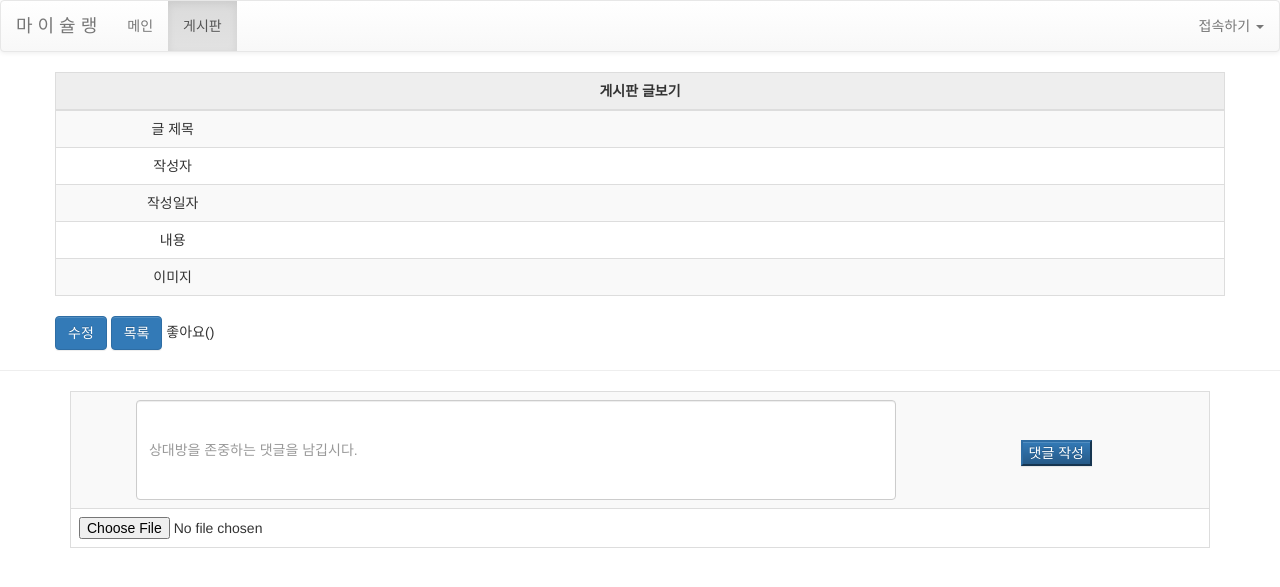
Repository: serendipity63/mychelin
Page: http://localhost/board/WEB-INF/views/detailform.jsp
The author's editor kept a copy of each file at every save. The page is drawn from the files as they stood at one save, then again after the next save.
The browser window is 1280 px wide. The pictures show the whole page.
Some web libraries are served in a nearby version. The page is served by Tomcat 9. Nobody is signed in. Other server files are loaded and not shown. The template is opened directly, without the code that normally fills it, so the values that code supplies are empty.

Above is the page before, as saved 2024-01-11 13:37:22.
Console error (its wording comes from the project's code and is left out).

### board/src/main/webapp/WEB-INF/views/detailform.jsp
<%@ page language="java" contentType="text/html; charset=UTF-8"
	pageEncoding="UTF-8"%>
<%@ taglib prefix="c" uri="http://java.sun.com/jsp/jstl/core"%>
<c:set var="contextPath" value="${pageContext.request.contextPath }" />
<!DOCTYPE html>
<html>
<head>
<meta charset="UTF-8">
<meta http-equiv="Content-Type" content="text/html; charset=UTF-8">
<meta name="viewport" content="width=device-width" , initial-scale="1">
<link rel="stylesheet" type="text/css" href="https://maxcdn.bootstrapcdn.com/bootstrap/3.3.7/css/bootstrap.min.css">
<link rel="stylesheet" type="text/css" href="https://maxcdn.bootstrapcdn.com/bootstrap/3.3.7/css/bootstrap-theme.min.css">
<script src="https://maxcdn.bootstrapcdn.com/bootstrap/3.3.7/js/bootstrap.min.js"></script>
<link rel="stylesheet" type="text/css"
	href="${contextPath}/resources/static/css/bootstrap.css">
<script src="https://code.jquery.com/jquery-3.1.1.min.js"></script>
<script src="${contextPath}/resources/static/js/bootstrap.js"></script>
<title>JSP 게시판 사이트</title>

<script type="text/javascript">
	$(function() {
		$('#heart')
				.click(
						function() {
							$
									.ajax({
										url : '${contextPath}/like',
										type : 'post',
										data : {
											'num' : '<c:out value= "${board.num}"/>'
										},
										success : function(res) {
											console.log(res);
											if (res === "true") {
												$("#heart")
														.attr("src",
																"${contextPath}/resources/img/like.png")
												$("#likecount")
														.text(
																+$("#likecount")
																		.text() + 1);
											} else {
												$("#heart")
														.attr("src",
																"${contextPath}/resources/img/unlike.png")
												$("#likecount")
														.text(
																+$("#likecount")
																		.text() - 1);
											}
										},
										error : function(err) {
											console.log(err);
										}
									})
						})
	})
</script>
</head>
<body>
	<nav class="navbar navbar-default">
		<div class="navbar-header">
			<button type="button" class="navbar-toggle collapsed"
				data-toggle="collapse" data-target="#bs-example-navbar-collapse-1"
				aria-expanded="false">
				<span class="icon-bar"></span> <span class="icon-bar"></span> <span
					class="icon-bar"></span>
			</button>
			<a class="navbar-brand" href="${contextPath}/main">마 이 슐 랭</a>
		</div>
		<div class="collapse navbar-collapse"
			id="bs-example-navbar-collapse-1">
			<ul class="nav navbar-nav">
				<li><a href="${contextPath}/main">메인</a></li>
<li class="active"><a href="${contextPath}/boardlist">게시판</a></li>
			</ul>
			<c:choose>

				<c:when test="${user eq Empty}">


					<ul class="nav navbar-nav navbar-right">
						<li class="dropdown"><a href="#" class="dropdown-toggle"
							data-toggle="dropdown" role="button" aria-haspopup="true"
							aria-expanded="false">접속하기 <span class="caret"></span>
						</a>
							<ul class="dropdown-menu">
								<li><a href="login">로그인</a></li>
								<li><a href="join">회원가입</a></li>
							</ul></li>
					</ul>

				</c:when>
				<c:otherwise>
					<ul class="nav navbar-nav navbar-right">
						<li class="dropdown"><a href="#" class="dropdown-toggle"
							data-toggle="dropdown" role="button" aria-haspopup="true"
							aria-expanded="false">회원관리 <span class="caret"></span>
						</a>
							<ul class="dropdown-menu">
								<li><a href="logout">로그아웃</a></li>
							</ul></li>
					</ul>
				</c:otherwise>
			</c:choose>
		</div>
	</nav>
	<div class="container" id="./writeForm">
		<div class="row">
			<input type="hidden" name="writer" value="${user.id }" />
			<table class="table table-striped"
				style="text-align: center; border: 1px solid #dddddd">
				<thead>
					<tr>
						<th colspan="3"
							style="background-color: #eeeeee; text-align: center">게시판
							글보기</th>
					</tr>
				</thead>
				<tbody>

					<tr>

						<td style="width: 20%;">글 제목</td>
						<td colspan="2" style="text-align: left;">${board.subject }</td>
					</tr>
					<tr>

						<td>작성자</td>
						<td colspan="2" style="text-align: left;">${board.writer }</td>
					</tr>
					<tr>

						<td>작성일자</td>
						<td colspan="2" style="text-align: left;">${board.writedate }</td>
					</tr>
					<tr>
						<td>내용</td>
						<td colspan="2" style="min-height: 200px; text-align: left;">${board.content }
						</td>
					</tr>
					<tr>
						<td>이미지</td>
						<td colspan="2" style="min-height: 200px; text-align: left;"><c:choose>
								<c:when test="${board.fileurl ne null}">
									<img src="${contextPath }/image/${board.fileurl}" width="100px"
										height="100px" />
								</c:when>

							</c:choose></td>

					</tr>
				</tbody>
			</table>
			<c:if test="${user.id eq board.writer }">
				<a href="${contextPath }/boardmodify/${board.num}/${page}"
					class="btn btn-primary">수정</a>
			</c:if>
			<a href="${contextPath }/boardlist?page=${page}"
				class="btn btn-primary">목록</a> 좋아요(<span id="likecount">${board.likecount }</span>)&nbsp;&nbsp;
			<c:if test="${user ne Empty }">
				<c:choose>
					<c:when test="${select==true }">
 						<img id="heart" src="${contextPath }/resources/img/like.png"
							width="20px" height="20px" />


					</c:when>
					<c:otherwise>
						<img id="heart" src="${contextPath }/resources/img/unlike.png"
							width="20px" height="20px" />
					</c:otherwise>
				</c:choose>
			</c:if>

		</div>

	</div>
<!-- 댓글 시작 -->
<hr/>

<div class="container">
	<div class="form-group">
		<form method="post" enctype = "multipart/form-data"
		<%-- action="commentAction.jsp?bbsID=<%= bbsID %>&boardID=<%=boardID%>"
		 --%>
		 action="${contextPath }/comment" name="commentform">
			<table class="table table-striped" style="text-align: center; border: 1px solid #dddddd">
				<tr>
					<td style="border-bottom:none;" valign="middle"><br><br>${user.id}</td>
					<td><input type="text" style="height:100px;" class="form-control" placeholder="상대방을 존중하는 댓글을 남깁시다." name = "commentText"></td>
					<td><br><br><input type="submit" class="btn-primary pull" value="댓글 작성"></td>
				</tr>
				<tr>
					<td colspan="3"><input type="file" name="fileName"></td>
				</tr>
			</table>
		</form>
	</div>
</div>

</body>
</html>

Loaded but not shown: board/src/main/webapp/resources/static/css/bootstrap.css (library); board/src/main/webapp/resources/static/js/bootstrap.js (library)

After the next save:
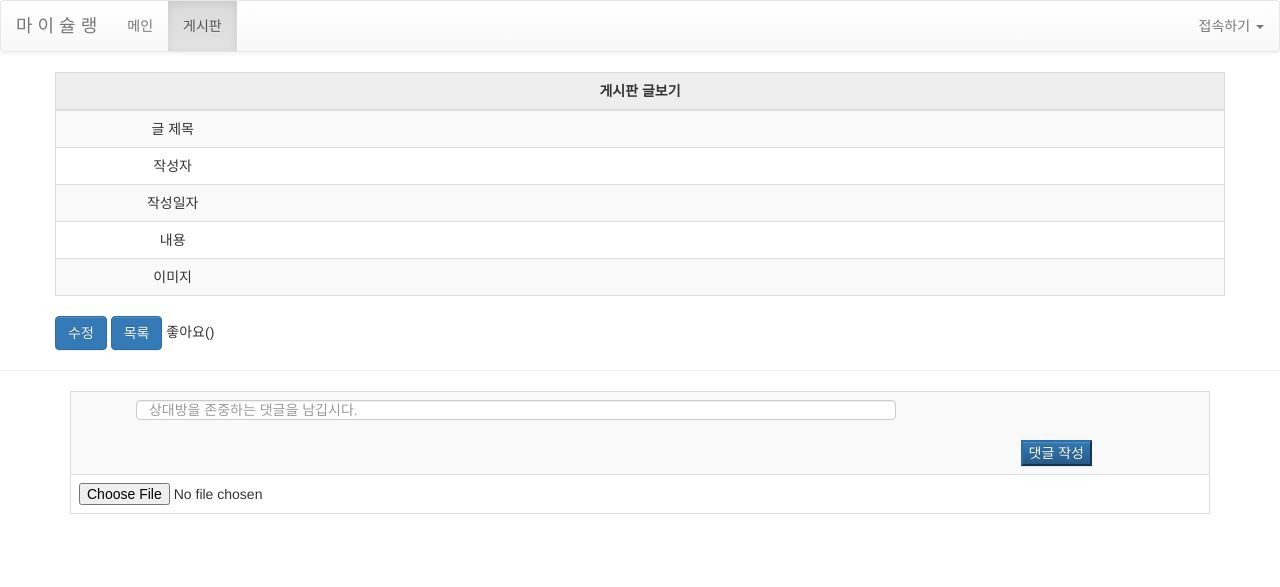
Saved 6 min 47 s later.
--- a/board/src/main/webapp/WEB-INF/views/detailform.jsp
+++ b/board/src/main/webapp/WEB-INF/views/detailform.jsp
@@ -188,7 +188,7 @@
 			<table class="table table-striped" style="text-align: center; border: 1px solid #dddddd">
 				<tr>
 					<td style="border-bottom:none;" valign="middle"><br><br>${user.id}</td>
-					<td><input type="text" style="height:100px;" class="form-control" placeholder="상대방을 존중하는 댓글을 남깁시다." name = "commentText"></td>
+					<td><input type="text" style="height:2rem;" class="form-control" placeholder="상대방을 존중하는 댓글을 남깁시다." name = "commentText"></td>
 					<td><br><br><input type="submit" class="btn-primary pull" value="댓글 작성"></td>
 				</tr>
 				<tr>

After the save that followed:
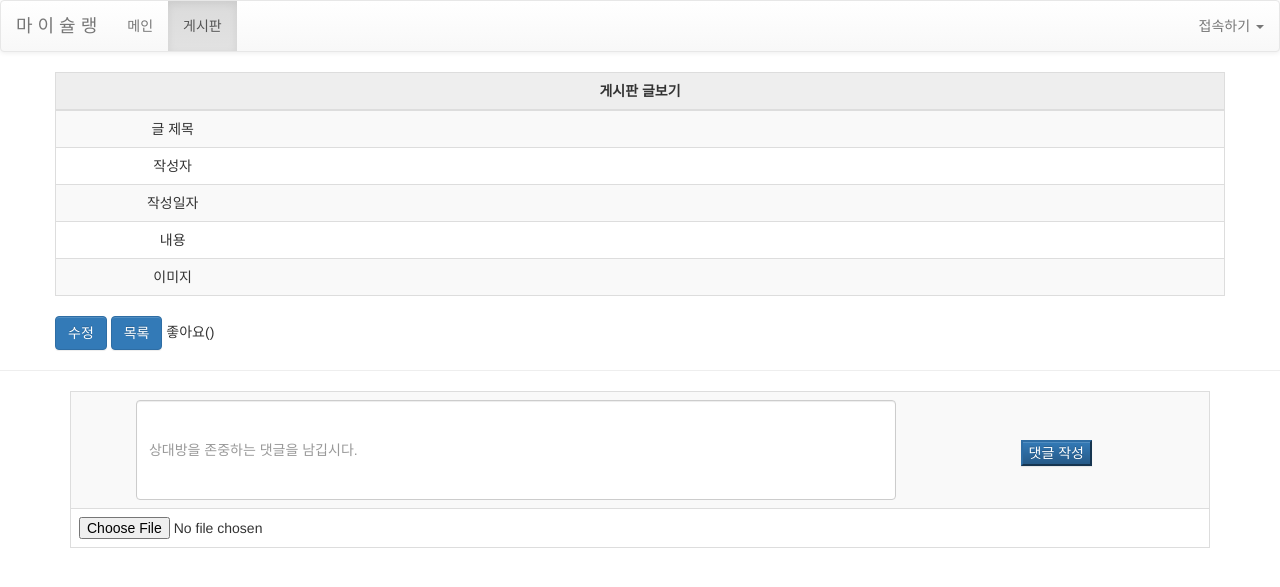
Saved 6 s later.
--- a/board/src/main/webapp/WEB-INF/views/detailform.jsp
+++ b/board/src/main/webapp/WEB-INF/views/detailform.jsp
@@ -188,7 +188,7 @@
 			<table class="table table-striped" style="text-align: center; border: 1px solid #dddddd">
 				<tr>
 					<td style="border-bottom:none;" valign="middle"><br><br>${user.id}</td>
-					<td><input type="text" style="height:2rem;" class="form-control" placeholder="상대방을 존중하는 댓글을 남깁시다." name = "commentText"></td>
+					<td><input type="text" style="height:10rem;" class="form-control" placeholder="상대방을 존중하는 댓글을 남깁시다." name = "commentText"></td>
 					<td><br><br><input type="submit" class="btn-primary pull" value="댓글 작성"></td>
 				</tr>
 				<tr>
